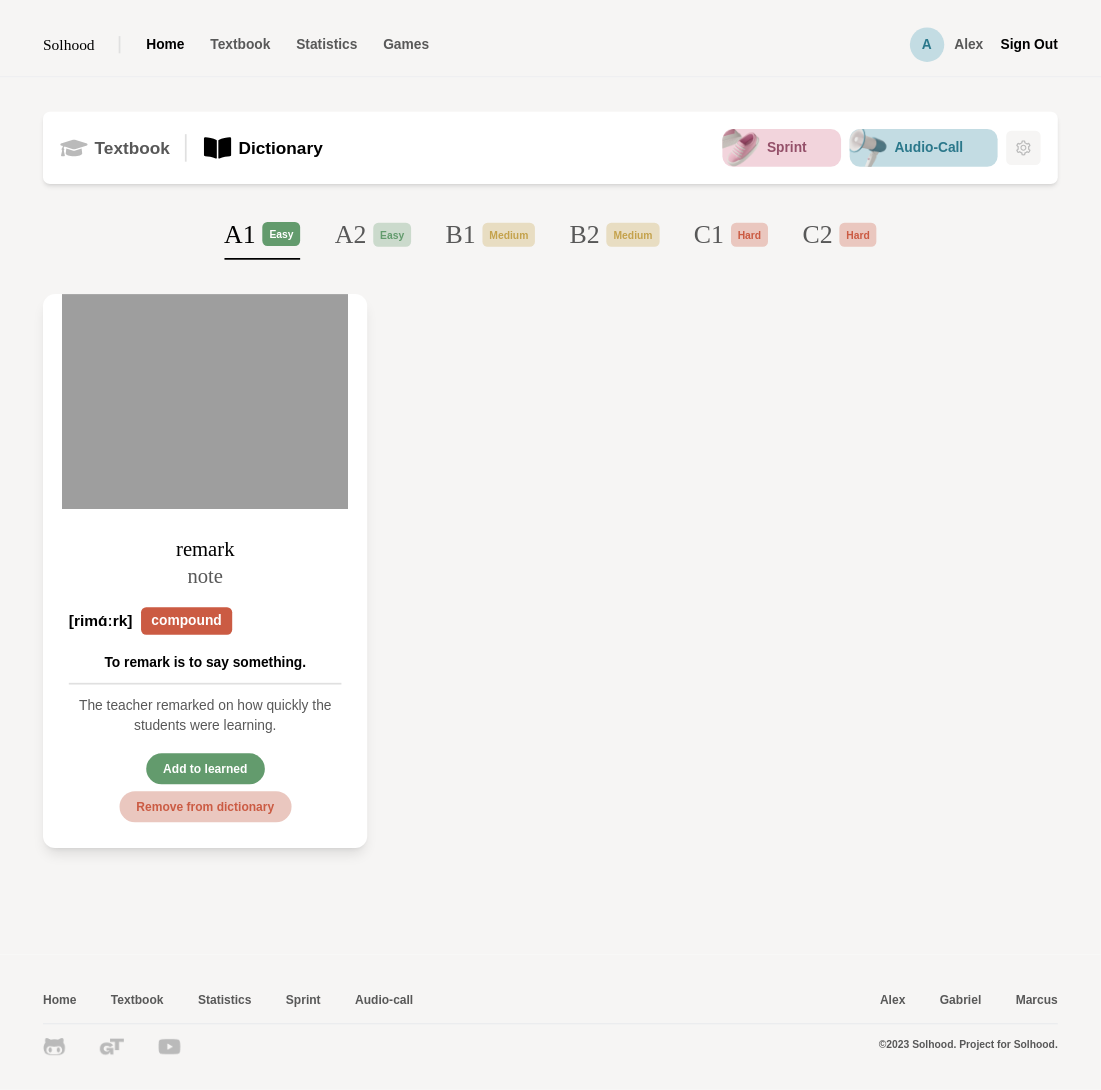
Repository: haudnn/solhood
Page: /textbook
These files come from the project's save history. The page is drawn as it stood at one moment and after the next save; the edit follows.
The browser window is 1280 px wide. The pictures show the whole page, at 86% of full size.
Pictures or frames that could not be fetched are drawn as grey boxes. The project was rebuilt for these pictures with package versions that can differ from the ones it lists, and the page was loaded fresh each time. Also part of the build but not shown: src/pages/Home.tsx, src/pages/sprint/Sprint.tsx, src/pages/sprint/Game.tsx, src/pages/sprint/Result.tsx, src/pages/audio/Audio.tsx, src/pages/audio/Game.tsx, src/pages/audio/Result.tsx.

Above is the page before, as saved 2023-01-06 16:51:11.

After the next save:
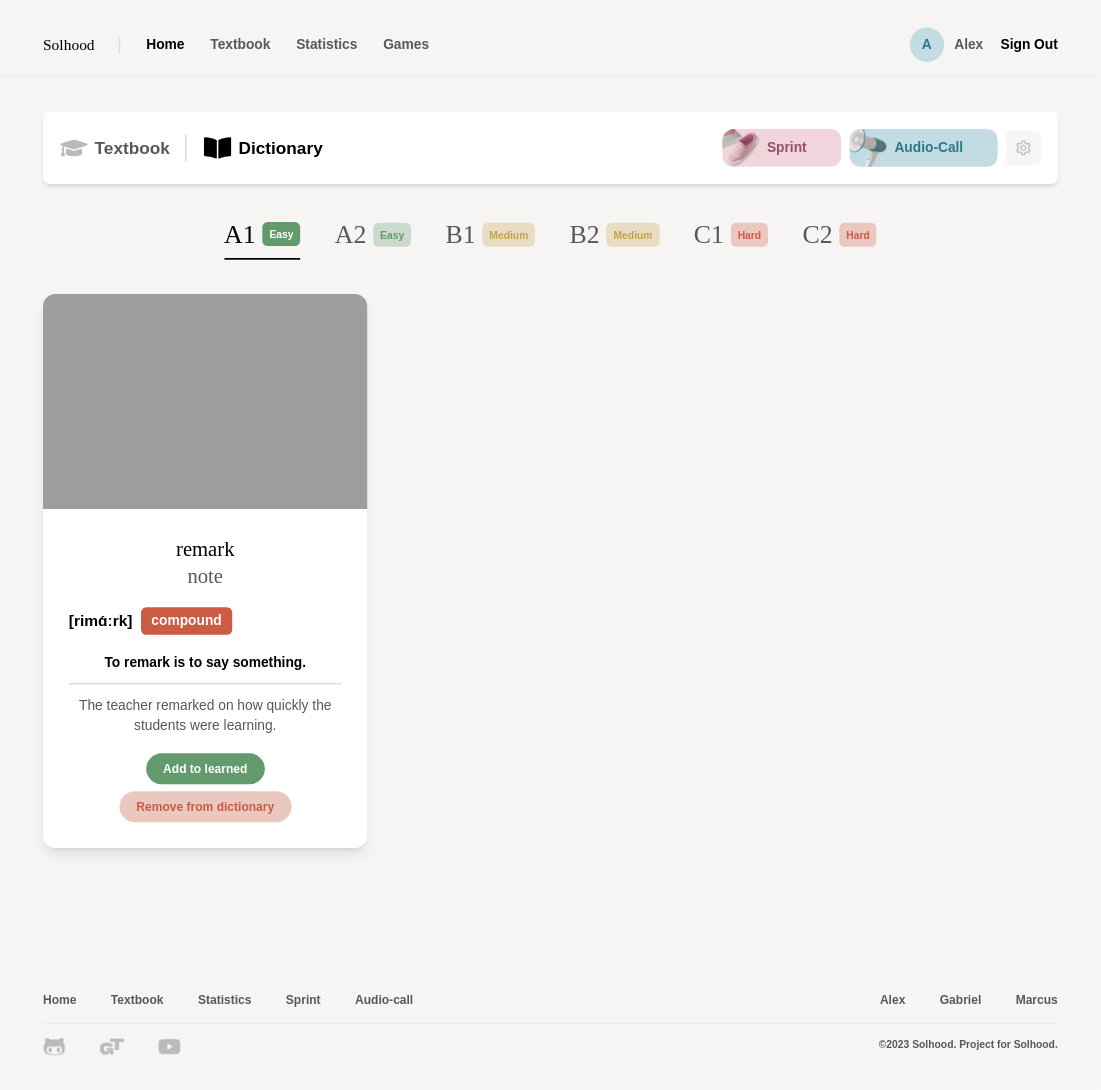
Saved 25 s later.
--- a/src/pages/textbook/TextBook.tsx
+++ b/src/pages/textbook/TextBook.tsx
@@ -184,7 +184,7 @@ const TextBook = () => {
                     style={{
                       backgroundImage: `url(${"https://cdn.britannica.com/98/235798-050-3C3BA15D/Hamburger-and-french-fries-paper-box.jpg"})`,
                     }}
-                    className="relative w-full h-[250px] bg-center bg-no-repeat bg-contain rounded-tl-[14px] rounded-tr-[14px]"
+                    className="relative w-full h-[250px] bg-center bg-no-repeat bg-cover rounded-tl-[14px] rounded-tr-[14px]"
                   ></div>
                   <div className="p-[30px]">
                     <div className="text-2xl text-black font-dela">
